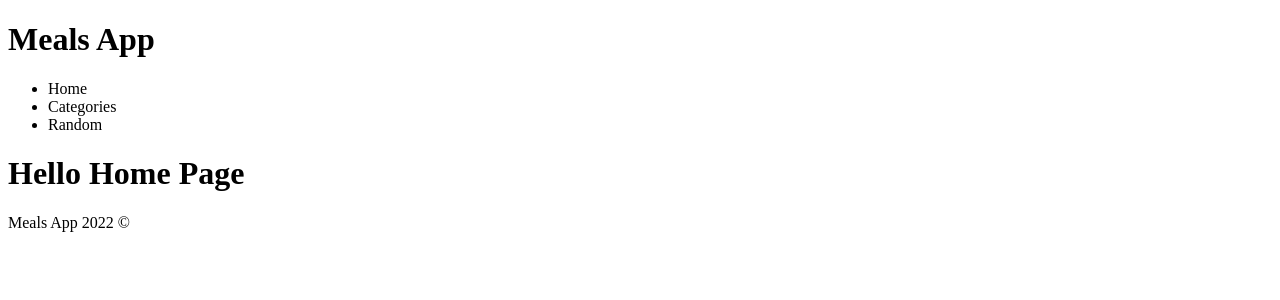
Repository: Shahriddinov/Meals
Page: /
These files come from the project's save history. The page is drawn as it stood at one moment and after a run of saves; the edit follows.
The browser window is 1280 px wide. The pictures show the whole page.
The project was rebuilt for these pictures with package versions that can differ from the ones it lists, and the page was loaded fresh each time. Also part of the build but not shown: src/components/Categories/Categories.js, src/components/RandomMeal/RandomMeal.js.

Above is the page before, as saved 2022-03-21 16:24:14.

### src/index.js
import React from 'react';
import ReactDOM from 'react-dom';
import { BrowserRouter } from 'react-router-dom';
import App from './App';
import { AppContext } from './components/context/context';

ReactDOM.render(
  <React.StrictMode>
    <BrowserRouter>
    <AppContext>
      <App />
    </AppContext>
    </BrowserRouter>

  </React.StrictMode>,
  document.getElementById('root')
);

### src/App.js
import React from 'react';
import { Footer } from './components/Footer/Footer';
import Navbar from './components/Navbar/Navbar';
import HomePage from './components/HomePage/HomePage'
import Categories from './components/Categories/Categories'
import RandomMeal from './components/RandomMeal/RandomMeal'
import {BrowserRouter,  Routes, Route} from 'react-router-dom'

function App(props) {
    return (
        <div>
         <Navbar />

         <Routes>
          <Route  path="/" element={<HomePage/>} />
          <Route  path="/Categories" element={<Categories/>}/>
          <Route  path="/RandomMeal" element={<RandomMeal/>} />
          </Routes>
          <Footer/>
        </div>
    );
}

export default App;

### src/components/context/context.js
import React, {createContext} from 'react'

const myContext = createContext();

export const AppContext  = ({children}) =>{
  return <myContext.Provider>{children}</myContext.Provider>

}

### src/components/Footer/Footer.js
import React from 'react'

export const Footer = () => {
  return (
    <div className="footer">
       <p>Meals <span>App</span> 2022 &copy;</p>
    </div>
  )
}

### src/components/Navbar/Navbar.js
import React from 'react'

const Navbar = () => {
  return (
    <div className="navbar">
      <div className="navbar-heading">
          <h1>Meals <span>App</span></h1>
      </div>
      <div className="navbar-links">
          <ul>
              <li>Home</li>
              <li>Categories</li>
              <li>Random</li>
          </ul>
      </div>
    </div>
  )
}

export default Navbar

### src/components/HomePage/HomePage.js
import React from 'react'

function HomePage() {
  return (
    <div>
      <h1>Hello Home Page</h1>
    </div>
  )
}

export default HomePage

Loaded but not shown: public/index.html (common file)

After the next 2 saves:
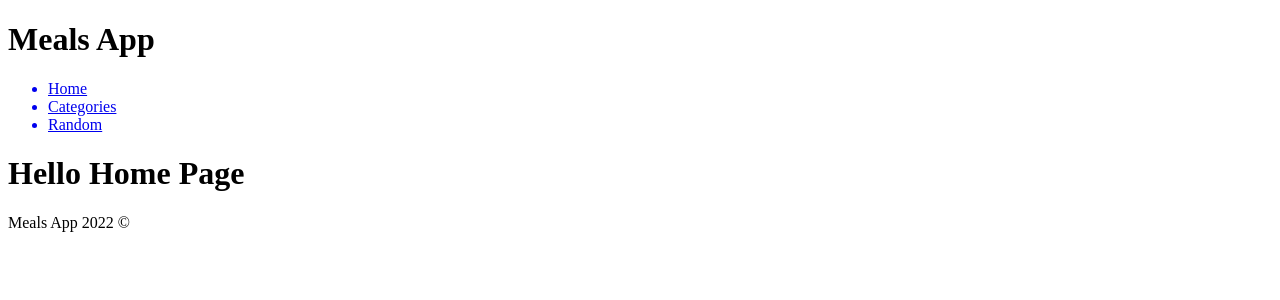
The 2 saves are shown as one change because 1 did not build or start.
The last was saved 3 min 48 s later.
--- a/src/components/Navbar/Navbar.js
+++ b/src/components/Navbar/Navbar.js
@@ -1,5 +1,5 @@
 import React from 'react'
-
+import {Link} from 'react-router-dom'
 const Navbar = () => {
   return (
     <div className="navbar">
@@ -8,9 +8,9 @@ const Navbar = () => {
       </div>
       <div className="navbar-links">
           <ul>
-              <li>Home</li>
-              <li>Categories</li>
-              <li>Random</li>
+           <Link><li>Home</li></Link>
+           <Link><li>Categories</li></Link>
+           <Link><li>Random</li></Link>
           </ul>
       </div>
     </div>
